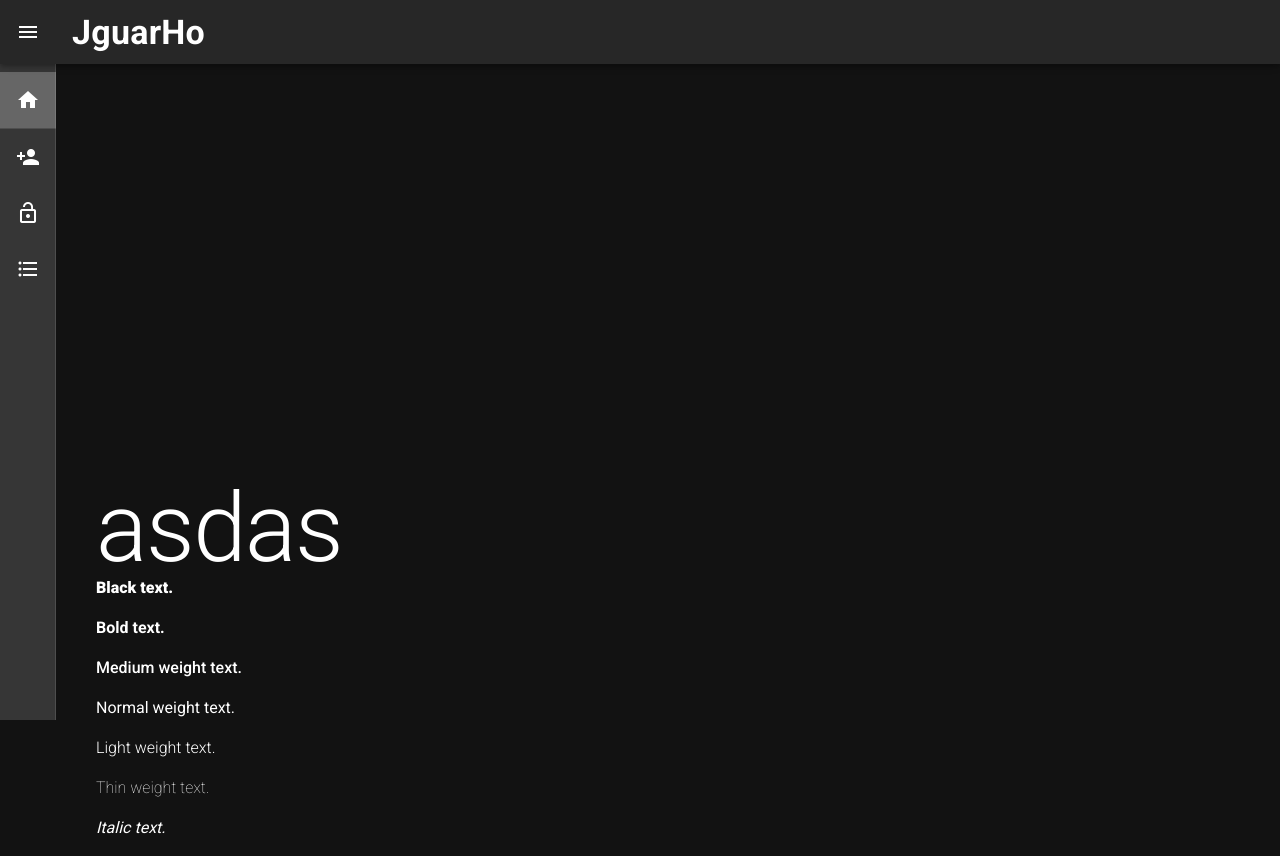
Repository: agent501/MRMS
Page: /
These files come from the project's save history. The page is drawn as it stood at one moment and after the next save; the edit follows.
The browser window is 1280 px wide. The pictures show the whole page.
The page's requests for data from a server got no answer. The project was rebuilt for these pictures with package versions that can differ from the ones it lists, and the page was loaded fresh each time. No one was signed in, and anything a server would have sent is missing. Also part of the build but not shown: vue.config.js, src/components/Product/products.vue, src/components/Product/product.vue, src/components/Product/createproduct.vue, src/components/User/signin.vue, src/components/User/signup.vue, src/components/User/profile.vue, src/components/Shared/Alert.vue and 2 more. Imported but missing from the stored project, and not drawn on this page: src/router/auth-guard.js.

Above is the page before, as saved 2020-07-29 16:50:09.

After the next save:
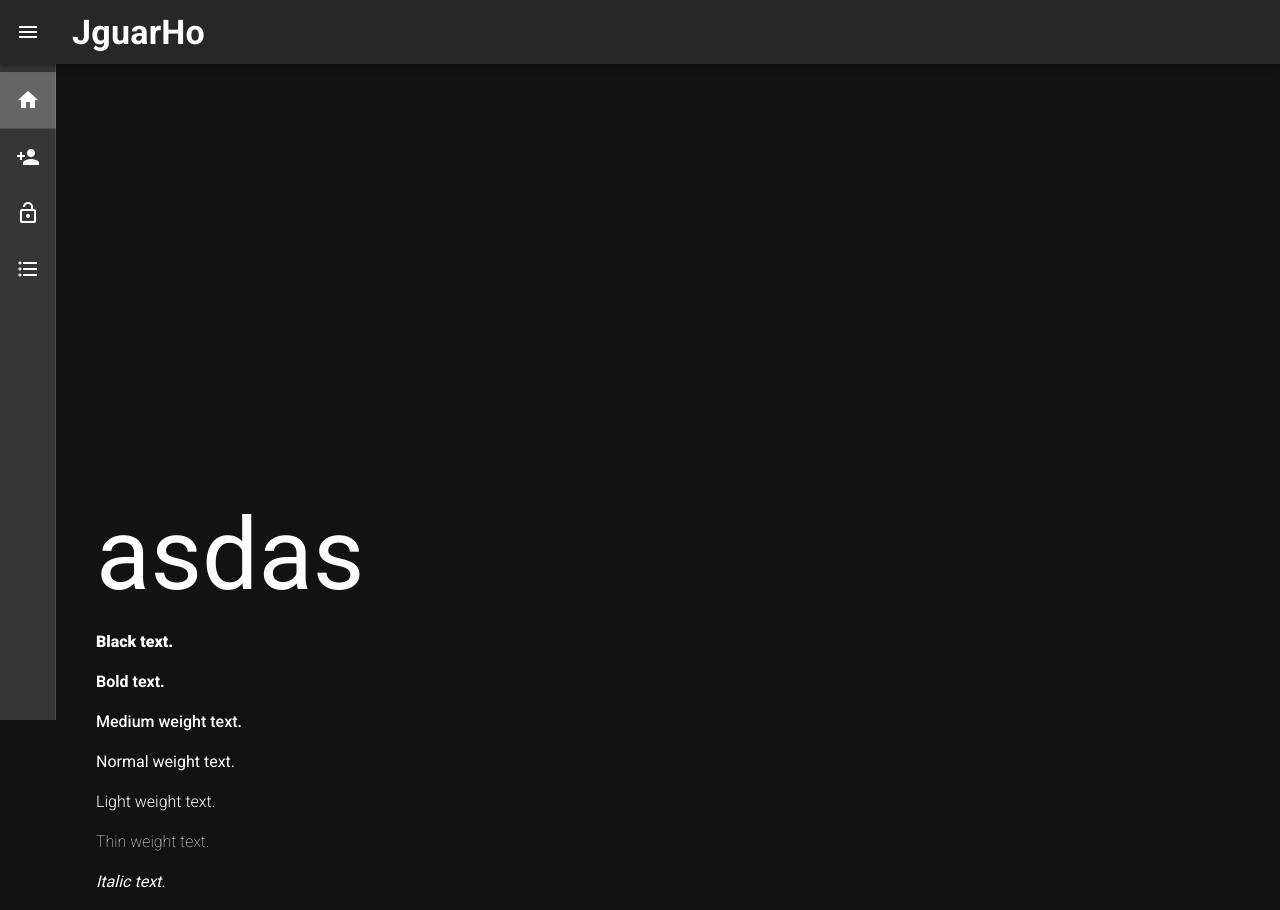
Saved 85 s later.
--- a/src/components/Home.vue
+++ b/src/components/Home.vue
@@ -34,7 +34,7 @@
     </v-carousel>
 
     <div>
-      <div class="text-lg-h1">asdas</div>
+      <div style="font-size:100px">asdas</div>
       <p class="font-weight-black">Black text.</p>
       <p class="font-weight-bold">Bold text.</p>
       <p class="font-weight-medium">Medium weight text.</p>
